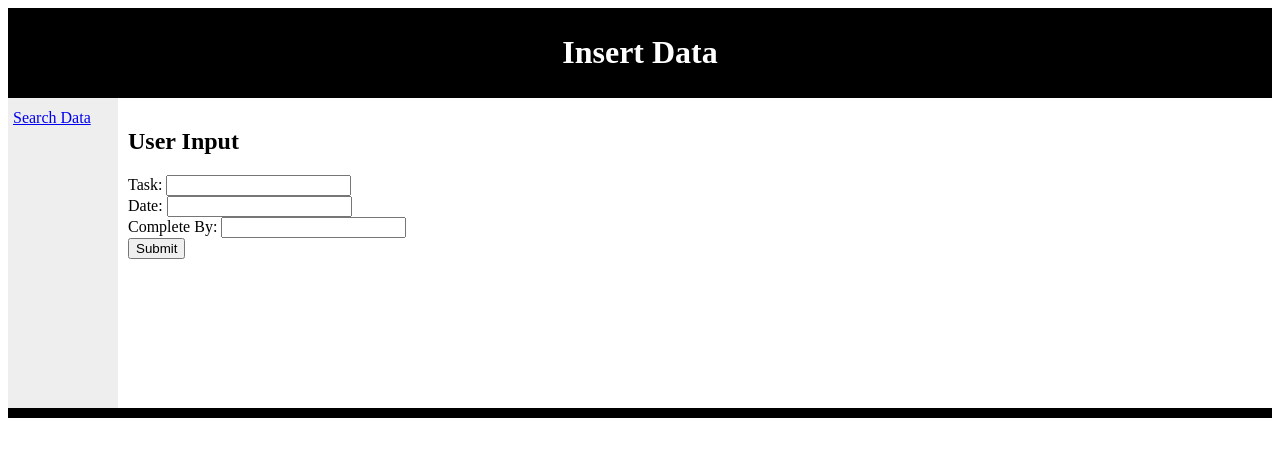
Repository: huappy/Tech-Exercise
Page: workspace4830-Tech_Exercise-Hausman/Tech_Exercise_Hausman/src/main/webapp/InsertTask.html
The author's editor kept a copy of each file at every save. The page is drawn from the files as they stood at one save, then again after the next save.
The browser window is 1280 px wide. The pictures show the whole page.

Above is the page before, as saved 2023-03-23 12:19:12.

After the next save:
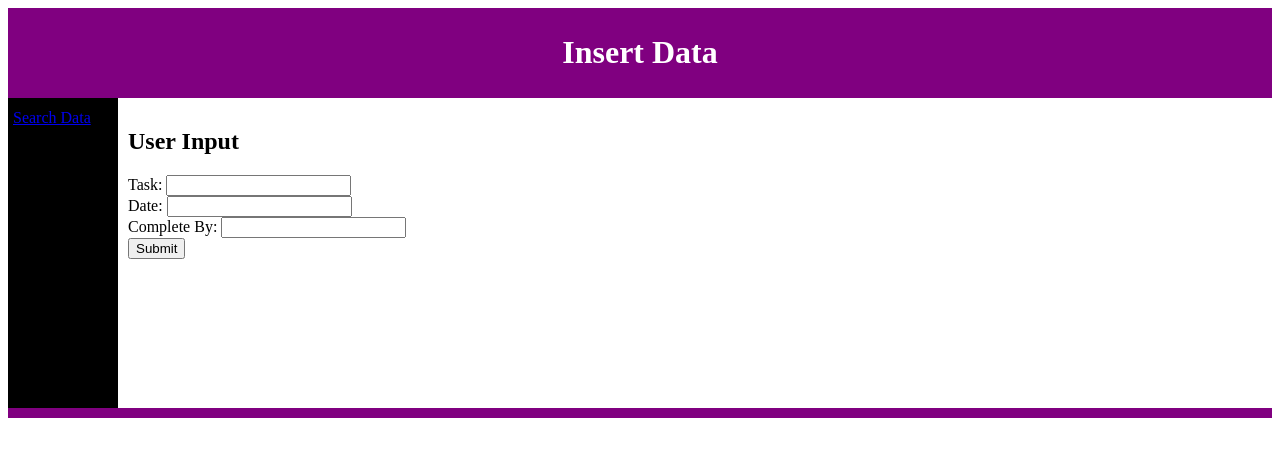
Saved 4 min 35 s later.
--- a/workspace4830-Tech_Exercise-Hausman/Tech_Exercise_Hausman/src/main/webapp/InsertTask.html
+++ b/workspace4830-Tech_Exercise-Hausman/Tech_Exercise_Hausman/src/main/webapp/InsertTask.html
@@ -2,14 +2,14 @@
 <head>
 <style>
 header {
-    background-color:black;
+    background-color:purple;
     color:white;
     text-align:center;
     padding:5px;
 }
 nav {
     line-height:30px;
-    background-color:#eeeeee;
+    background-color:black;
     height:300px;
     width:100px;
     float:left;
@@ -21,7 +21,7 @@ section {
     padding:10px;
 }
 footer {
-    background-color:black;
+    background-color:purple;
     color:white;
     clear:both;
     text-align:center;
